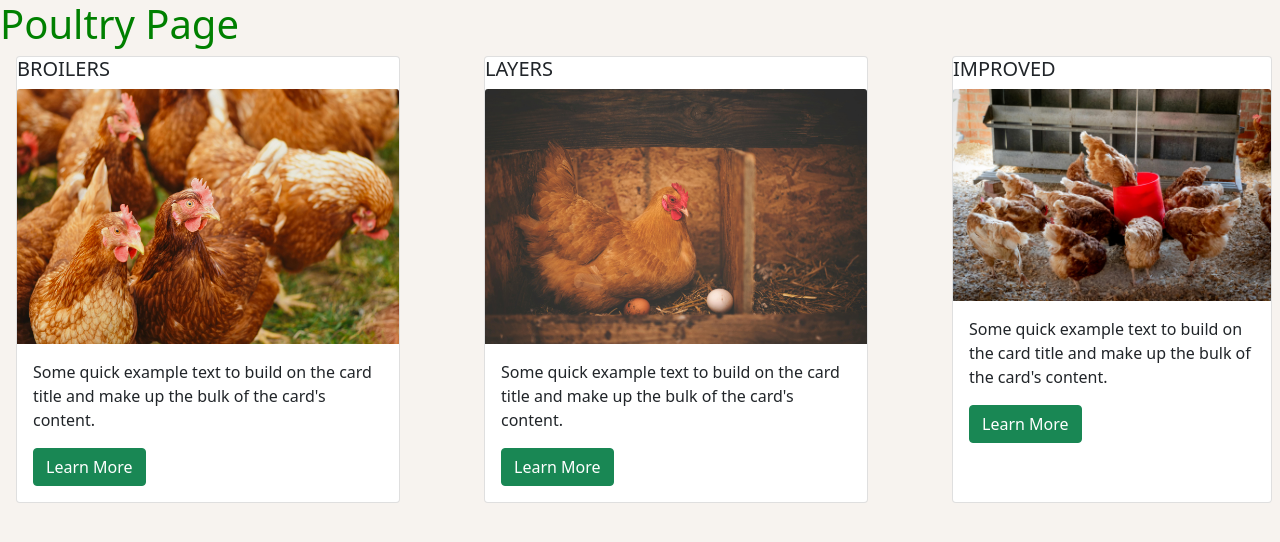
Repository: Allevandrose/Agri-invest
Page: poultry.html
The author's editor kept a copy of each file at every save. The page is drawn from the files as they stood at one save, then again after the next save.
The browser window is 1280 px wide. The pictures show the whole page.

Above is the page before, as saved 2024-04-13 15:29:35.

### poultry.html
<!DOCTYPE html>
<html lang="en">

<head>
    <meta charset="UTF-8">
    <link href="https://cdn.jsdelivr.net/npm/bootstrap@5.0.2/dist/css/bootstrap.min.css" rel="stylesheet" integrity="sha384-EVSTQN3/azprG1Anm3QDgpJLIm9Nao0Yz1ztcQTwFspd3yD65VohhpuuCOmLASjC" crossorigin="anonymous">
    <meta name="viewport" content="width=device-width, initial-scale=1.0">
    <link rel="stylesheet" href="poultry.css">
    <title>Document</title>
</head>

<body>
    <h1 class="h1">Poultry Page</h1>

    <div class="card-container d-flex flex-row">
        <div class="card mr-2" style="width: 24rem;">
            <h5 class="card-title">BROILERS</h5>
            <img src="poultry images/chick1.jpg" class="card-img-top" alt="...">
            <div class="card-body">

                <p class="card-text">Some quick example text to build on the card title and make up the bulk of the card's content.</p>
                <a href="#" class="btn btn-success">Learn More</a>
            </div>
        </div>
        <div class="card mr-2" style="width: 24rem;">
            <h5 class="card-title">LAYERS</h5>
            <img src="poultry images/chick2.jpg" class="card-img-top" alt="...">
            <div class="card-body">
                <p class="card-text">Some quick example text to build on the card title and make up the bulk of the card's content.</p>
                <a href="#" class="btn btn-success">Learn More</a>
            </div>
        </div>
        <div class="card mr-2" style="width: 20rem;">
            <h5 class="card-title">IMPROVED</h5>
            <img src="poultry images/chick3.jpg" class="card-img-top" alt="...">
            <div class="card-body">

                <p class="card-text">Some quick example text to build on the card title and make up the bulk of the card's content.</p>
                <a href="#" class="btn btn-success">Learn More</a>
            </div>
        </div>




        <!-- script tag -->
        <script src="https://cdn.jsdelivr.net/npm/bootstrap@5.0.2/dist/js/bootstrap.bundle.min.js" integrity="sha384-MrcW6ZMFYlzcLA8Nl+NtUVF0sA7MsXsP1UyJoMp4YLEuNSfAP+JcXn/tWtIaxVXM" crossorigin="anonymous"></script>
</body>

</html>

### poultry.css
body {
    background-color: rgb(247, 243, 239);
}

.h1 {
    color: green;
}

.card-container {
    display: flex;
    flex-wrap: wrap;
    justify-content: space-between;
    margin-left: 16px;
    margin-right: 8px;
}

After the next save:
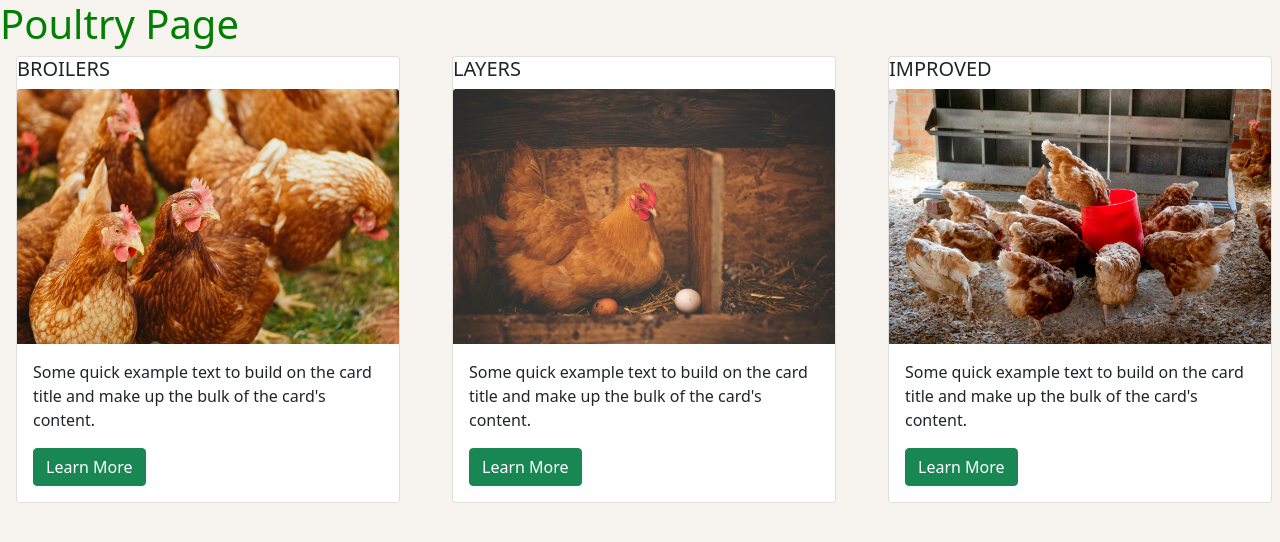
Saved 4 s later.
--- a/poultry.html
+++ b/poultry.html
@@ -30,7 +30,7 @@
                 <a href="#" class="btn btn-success">Learn More</a>
             </div>
         </div>
-        <div class="card mr-2" style="width: 20rem;">
+        <div class="card mr-2" style="width: 24rem;">
             <h5 class="card-title">IMPROVED</h5>
             <img src="poultry images/chick3.jpg" class="card-img-top" alt="...">
             <div class="card-body">
